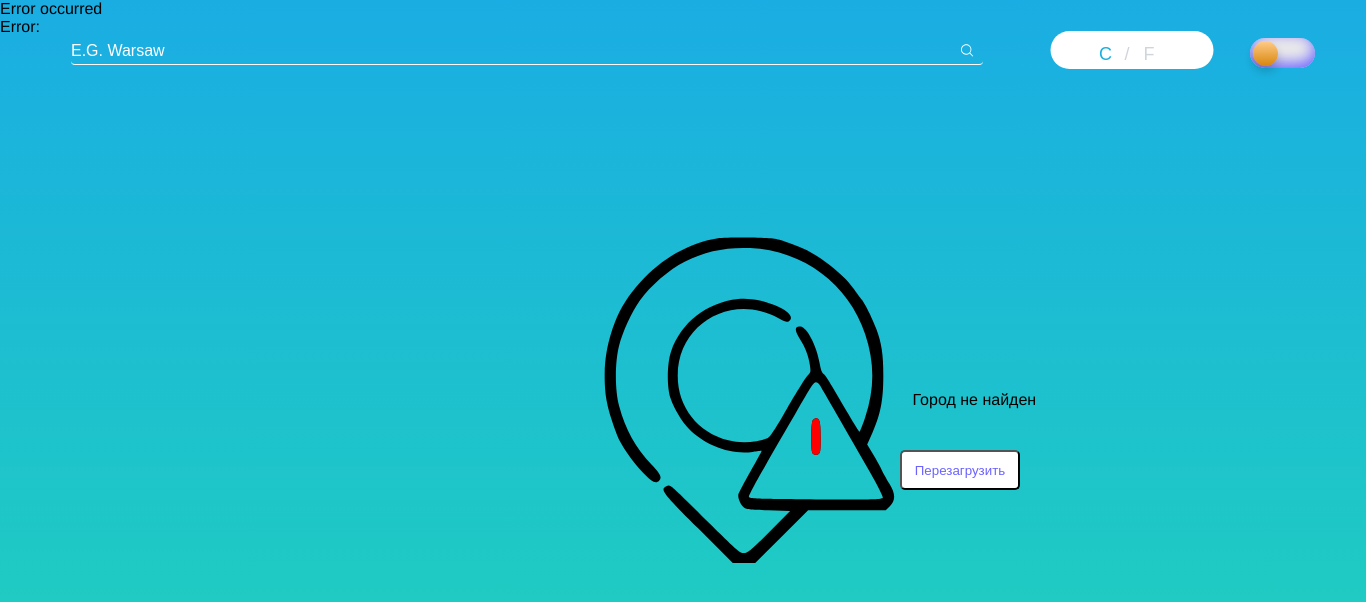
Repository: nikiforovki/WeatherApp
Page: /
An editor plug-in stored every save of this project. The page is shown before and after the next save, followed by the edit.
The browser window is 1280 px wide. The page is 1366 px wide, so the pictures cover 1366 px, including what lies to the right of the window. The pictures show the whole page.
The page's requests for data from a server got no answer. The project was rebuilt for these pictures with package versions that can differ from the ones it lists, and the page was loaded fresh each time. No one was signed in, and anything a server would have sent is missing. Also part of the build but not shown: webpack.config.ts, public/assets/images/FeatherSunrise.tsx.

Above is the page before, as saved 2024-06-30 04:48:04.

### public/index.html
<!DOCTYPE html>
<html lang="en">
<head>
    <meta charset="UTF-8" />
    <meta name="viewport" content="width=device-width, initial-scale=1.0" />
    <meta http-equiv="X-UA-Compatible" content="ie=edge" />
    <title>React App</title>
</head>
<body>
<div id="root"></div>
</body>
</html>

### src/index.tsx
import React from 'react';
import { createRoot } from 'react-dom/client';
import App from './App';
import { createGlobalStyle } from 'styled-components';
import { Provider } from 'react-redux';
import store from './Redux/store/store';

export const GlobalStyles = createGlobalStyle`
    *, *::after, *::before {
        margin: 0;
        padding: 0;
        box-sizing: border-box;
    }
`;

const container = document.getElementById('root');

if (!container) {
  throw new Error('Failed to find the root element');
}

const root = createRoot(container);

root.render(
  <React.StrictMode>
    <Provider store={store}>
      <GlobalStyles />
      <App />
    </Provider>
  </React.StrictMode>,
);

### src/App.tsx
import React, { useState, useEffect } from 'react';
import styled from 'styled-components';
import { WeatherSummary } from './components/WeatherSummary/WeatherSummary';
import { WeatherForecastDetails } from './components/WeatherForecastDetails/WeatherForecastDetails';
import GlobalStyles from '../GlobalStyles';
import 'react-loading-skeleton/dist/skeleton.css';
import WeatherSkeleton from './components/Selecton/WeatherSkeleton';
import { InputSearch } from './components/InputSearch/InputSearch';

const AppWrapper = styled.div`
  width: 1366px;
  height: 100vh;
  max-width: 1366px;
  background: ${({ theme }) =>
    `linear-gradient(180deg, var(--${theme === 'light' ? 'primary-color' : 'secondary-color'}) 0%, var(--${theme === 'light' ? 'secondary-color' : 'primary-color'}) 100%) 0% 0% no-repeat padding-box`};
  background-size: cover;
  display: flex;
  flex-direction: column;
  font-family: 'Helvetica Neue', sans-serif;
`;

const App = () => {
  const [apiError, setApiError] = useState(null);
  const [hasError, setHasError] = useState(false);
  const [isLoading, setIsLoading] = useState(true);
  const [theme, setTheme] = useState('light');

  const handleApiError = (error) => {
    setApiError(error.message);
    setIsLoading(false);
  };

  const fetchData = async () => {
    try {
      await new Promise((resolve) => setTimeout(resolve, 1000));
      setIsLoading(false);
    } catch (error) {
      handleApiError(error);
    }
  };

  const handleCityChange = (newCity: string) => {};

  useEffect(() => {
    console.log('isLoading changed:', isLoading);
  }, [isLoading]);

  useEffect(() => {
    const timer = setTimeout(() => {
      fetchData();
    }, 1000);

    return () => clearTimeout(timer);
  }, []);

  useEffect(() => {
    const savedTheme = localStorage.getItem('theme');
    if (savedTheme) {
      setTheme(savedTheme);
    }
  }, []);

  return (
    <>
      <GlobalStyles />
      <AppWrapper>
        <InputSearch onCityChange={handleCityChange} />
        <WeatherSummary />

        {isLoading ? <WeatherSkeleton count={1} /> : <WeatherForecastDetails />}
      </AppWrapper>
    </>
  );
};

export default App;

### src/Redux/store/store.ts
import { configureStore } from '@reduxjs/toolkit';
import createSagaMiddleware from 'redux-saga';
import rootReducer from '../slice/currentweatherSlice';
import rootSaga from '../sagas/index';

const sagaMiddleware = createSagaMiddleware();

const store = configureStore({
  reducer: rootReducer,
  middleware: (getDefaultMiddleware) =>
    getDefaultMiddleware({ thunk: false }).concat(sagaMiddleware),
});

sagaMiddleware.run(rootSaga);

export type RootState = ReturnType<typeof store.getState>;
export type AppDispatch = typeof store.dispatch;

export default store;

### src/components/WeatherSummary/WeatherSummary.tsx
import React from 'react';
import styled from 'styled-components';
import TodayWeatherContainer from '../TodayWeatherContainer/TodayWeatherContainer';
import HourlyWeatherForecast from '../HourlyWeatherForecast/HourlyWeatherForecast';
import ToggleTheme from '../ToggleTheme/ToggleTheme';

const WeatherSummaryConteiner = styled.div`
  display: flex;
  justify-content: space-between;
  align-items: center;
`;

export const WeatherSummary = () => {
  return (
    <WeatherSummaryConteiner>
      <ToggleTheme />
      <TodayWeatherContainer />
      <HourlyWeatherForecast />
    </WeatherSummaryConteiner>
  );
};

### GlobalStyles.tsx
import { createGlobalStyle } from 'styled-components';

const GlobalStyles = createGlobalStyle`
  @font-face {
    font-family: 'Helvetica Neue';
    src: url('/HelveticaNeue-Medium.ttf') format('truetype');
    font-weight: 500;
    font-style: normal;
  }



  [data-theme='dark'] {



    --primary-color: #1aade3;
    --secondary-color: #20d1bc;

    --weatherCardBackground: rgb(80, 80, 80);


    --weatherCardline: #ffffff99;

    --description-text-color: #ffffff99;
    --value-text-color: #ffffff99;


    //Блок с почасовым прогнозом


    --box-text-color: #FFFFFF99;
    --temperature-text-color: #FFFFFF99;

    //Блок Now
    --temperature-now-text-color: #FFFFFF99;
    --now-text-color: #FFFFFF99;

    //Input
    --input-text-color: #FFFFFF99;







   //  --primary-color: #1aade3;
   //  --secondary-color: #20d1bc;

   //Блок Today
   --temperature-today-text-color: #FFFFFF99;

   --dataToday-text-color: #FFFFFF99;

   --today-text-color: #FFFFFF99;

   --text-color-city: #FFFFFF99;


  }

  [data-theme='light'] {



   --primary-color: #20d1bc;
   --secondary-color: #1aade3;

   --weatherCardBackground: rgb(255, 255, 255);

   --weatherCardline: #FFFFFF;

   --description-text-color: #072A41;

   --value-text-color: #072A41;


   //Блок с почасовым прогнозом
   --box-text-color: #FFFFFF;
   --temperature-text-color: #FFFFFF;


   //Блок Today

   --temperature-today-text-color: #FFFFFF;
   --dataToday-text-color: #FFFFFF;
   --today-text-color: #FFFFFF;

   --text-color-city: #FFFFFF;


   //Блок Now
   --temperature-now-text-color: #FFFFFF;
   --now-text-color: #FFFFFF;



   // --primary-color: #20d1bc;
   // --secondary-color: #1aade3;

    //Input
    --input-text-color: #FFFFFF;
  }

 .App {
    display: flex;
    justify-content: center;
    align-items: center;
    height: 100vh;
    width: 100vw;
   //  background-color: linear-gradient(180deg, var(--primary-color) 0%, var(--secondary-color) 100%);
  }

  html,
  body {
    margin: 0;
    padding: 0;

  }
`;

export default GlobalStyles;

### src/components/Selecton/WeatherSkeleton.tsx
import React from 'react';
import Skeleton, { SkeletonTheme } from 'react-loading-skeleton';
import 'react-loading-skeleton/dist/skeleton.css';
import styled from 'styled-components';

const StyledSkeletonToday = styled.div`
  position: fixed;
  top: 150px;
  left: 110px;
`;

const StyledSkeletonWeather = styled.div`
  position: fixed;
  display: flex;
  flex-wrap: wrap;
  top: 613px;
  left: 71px;
  gap: 24px;
  max-width: 1280px;
  overflow: hidden;

  & > *:not(:last-child) {
    margin-right: 10px;
  }

  @media (max-width: 375px) {
    max-width: 300px;
    left: 30px;
    top: 500px;
  }

  @media (max-width: 1024px) {
    width: 660px;
    left: 70px;
    top: 900px;
  }
`;

const InputSkeletonContainer = styled.div`
  position: fixed;
  top: 30px;
  left: 71px;
  z-index: 90;
  display: flex;
  align-items: center;

  @media (max-width: 375px) {
    width: 100px;
  }

  @media (max-width: 1024px) {
    width: 200px;
  }
`;
const AdaptiveSkeleton = styled(Skeleton)`
  width: 100%;
  height: 38px;

  @media (max-width: 375px) {
    height: 38px;
  }

  @media (max-width: 1024px) {
    height: 38px;
  }
`;

const StyledBtn = styled.div`
  position: fixed;
  top: 30px;
  left: 1050px;
`;

const StyledToggleTheme = styled.div`
  position: fixed;
  top: 35px;
  left: 1250px;
`;

const WeatherSkeleton = () => {
  return (
    <SkeletonTheme baseColor='#FFFFFF' highlightColor='#1AADE3'>
      <div>
        <StyledSkeletonToday>
          <Skeleton height={300} width={250} borderRadius={20} />
        </StyledSkeletonToday>
        <StyledSkeletonWeather>
          <Skeleton height={146} width={288} />
          <Skeleton height={146} width={288} />
          <Skeleton height={146} width={288} />
          <Skeleton height={146} width={288} />
          <Skeleton height={146} width={288} />
          <Skeleton height={146} width={288} />
          <Skeleton height={146} width={288} />
          <Skeleton height={146} width={288} />
        </StyledSkeletonWeather>
        <InputSkeletonContainer>
          <Skeleton height={38} width={950} />
          <AdaptiveSkeleton />
        </InputSkeletonContainer>
        <StyledBtn>
          <Skeleton height={38} width={163} borderRadius={29} />
        </StyledBtn>
        <StyledToggleTheme>
          <Skeleton height={30} width={65} borderRadius={29} />
        </StyledToggleTheme>
      </div>
    </SkeletonTheme>
  );
};

export default WeatherSkeleton;

### src/components/ToggleTheme/ToggleTheme.tsx
import React, { useEffect, useState } from 'react';
import styled from 'styled-components';
import { THEME_LOCAL_STORAGE_KEY } from './constants';

enum Theme {
  LIGHT = 'light',
  DARK = 'dark',
}

const DarkModeContainer = styled.div`
  position: fixed;
  top: 38px;
  margin-left: 1250px;
`;

const DarkModeLabel = styled.label`
  width: 65px;
  height: 30px;
  top: 38px;
  position: fixed;
  display: block;
  background: #ebebeb;
  border-radius: 200px;
  box-shadow:
    inset 0px 5px 15px rgba(110, 108, 108, 0),
    inset 0px -5px 15px rgb(108, 99, 255);
  cursor: pointer;
  transition: background 0.6s ease-in-out;

  &:after {
    content: '';
    width: 25px;
    height: 25px;
    position: absolute;
    top: 3px;
    left: 3px;
    background: linear-gradient(180deg, #ffcc89, #d8860b);
    border-radius: 180px;
    box-shadow: 0px 5px 10px rgba(0, 0, 0, 0.2);
    transition:
      left 0.6s ease-in-out,
      background 0.6s ease-in-out;
  }

  &:active:after {
    width: 30px;
  }
  @media (max-width: 375px) {
    left: 500px;
  }

  @media (max-width: 1024px) {
    left: 650px;
  }
`;

const DarkModeInput = styled.input.attrs({ type: 'checkbox' })`
  width: 0;
  height: 0;
  visibility: hidden;

  &:checked + ${DarkModeLabel} {
    background: #242424;
  }

  &:checked + ${DarkModeLabel}:after {
    left: calc(100% - 28px);
    background: linear-gradient(180deg, #777, #3a3a3a);
  }
`;

const ToggleTheme: React.FC = () => {
  const [isDarkTheme, setIsDarkTheme] = useState(false);

  useEffect(() => {
    const savedTheme = localStorage.getItem('theme');
    if (savedTheme) {
      setIsDarkTheme(savedTheme === 'dark');
    } else {
      const prefersDark = window.matchMedia(
        '(prefers-color-scheme: dark)',
      ).matches;
      setIsDarkTheme(prefersDark);
    }
  }, []);

  useEffect(() => {
    const themeKey = isDarkTheme ? 'dark' : 'light';
    localStorage.setItem('theme', themeKey);
    document.documentElement.dataset.theme = themeKey;
    console.log(`Setting theme to: ${themeKey}`);
  }, [isDarkTheme]);

  useEffect(() => {
    const themeListener = (e: MediaQueryListEvent) => {
      const prefersDark = e.matches;
      console.log(
        `Current theme after system change: ${prefersDark ? 'dark' : 'light'}`,
      );
      setIsDarkTheme(prefersDark);
    };

    const mediaQuery = window.matchMedia('(prefers-color-scheme: dark)');
    mediaQuery.addEventListener('change', themeListener);

    return () => {
      mediaQuery.removeEventListener('change', themeListener);
    };
  }, []);

  const handleToggleTheme = () => {
    setIsDarkTheme(!isDarkTheme);
    console.log(`Toggled theme: ${isDarkTheme ? 'dark' : 'light'}`);
  };

  return (
    <DarkModeContainer>
      <DarkModeInput
        id='darkmode-toggle'
        type='checkbox'
        onChange={handleToggleTheme}
        checked={isDarkTheme}
      />
      <DarkModeLabel htmlFor='darkmode-toggle' />
    </DarkModeContainer>
  );
};

export default ToggleTheme;

### src/components/ToggleTemperatureScale/ToggleTemperatureScale.tsx
import React, { useState } from 'react';
import styled from 'styled-components';
import { useDispatch, useSelector } from 'react-redux';
import { toggleTemperatureScale } from '../../Redux/actions/actions';

interface State {
  temperatureScale?: string;
}

const ToggleContainer = styled.div`
  position: fixed;
  display: flex;
  align-items: center;
  justify-content: center;
  width: 163px;
  height: 38px;
  top: 50px;
  left: 1132px;
  transform: translate(-50%, -50%);
  background: #ffffff;
  border-radius: 29px;
  padding: 5px;
  cursor: pointer;
  @media (max-width: 375px) {
    left: 300px;
  }

  @media (max-width: 1024px) {
    left: 550px;
  }
`;

const TemperatureToggleButton = styled.button<{ isActive?: boolean }>`
  position: relative;
  font-size: 18px;
  width: 12px;
  height: 22px;
  border: none;
  border-radius: 29px;
  cursor: pointer;
  transition: color 0.3s ease;
  background: none;
  color: ${(props) => (props.isActive ? '#1AAFE0' : '#13264A33')};
  margin-right: 10px;
  top: 4px;
`;

export const TemperatureScaleToggle = () => {
  const dispatch = useDispatch();
  const temperatureScale = useSelector(
    (state: State) => state.temperatureScale,
  );
  const [isCelsius, setIsCelsius] = useState(temperatureScale === 'C');

  if (!temperatureScale) {
    return <p>Загрузка...</p>;
  }

  const handleClick = () => {
    const newScale = isCelsius ? 'F' : 'C';
    setIsCelsius(!isCelsius);
    const scaleNumber = newScale === 'C' ? 0 : 1;
    dispatch(toggleTemperatureScale(scaleNumber));
  };

  return (
    <ToggleContainer onClick={handleClick}>
      <TemperatureToggleButton isActive={isCelsius}>С</TemperatureToggleButton>
      <TemperatureToggleButton>/</TemperatureToggleButton>
      <TemperatureToggleButton isActive={!isCelsius}>F</TemperatureToggleButton>
    </ToggleContainer>
  );
};

### public/assets/images/IconSearch.tsx
import React from 'react';

const IconSearch = () => (
  <svg
    width='22'
    height='22'
    viewBox='0 0 38 38'
    fill='none'
    xmlns='http://www.w3.org/2000/svg'
  >
    <path
      d='M20.7773 20.184L15.9056 15.312H15.8531C17.3547 13.5415 18.1136 11.2588 17.9709 8.94156C17.8282 6.62433 16.7951 4.45202 15.0876 2.87905C13.3801 1.30608 11.1306 0.454303 8.80958 0.501892C6.48855 0.549481 4.27583 1.49275 2.63427 3.13439C0.992706 4.77602 0.0494786 6.98885 0.00189181 9.30999C-0.045695 11.6311 0.806045 13.8808 2.37894 15.5883C3.95184 17.2958 6.12404 18.329 8.44117 18.4717C10.7583 18.6144 13.0408 17.8555 14.8113 16.3539C14.8113 16.3539 14.8113 16.3914 14.8113 16.4063L19.6831 21.2783C19.7527 21.3485 19.8356 21.4043 19.927 21.4424C20.0183 21.4804 20.1163 21.5 20.2152 21.5C20.3141 21.5 20.4121 21.4804 20.5034 21.4424C20.5948 21.4043 20.6777 21.3485 20.7473 21.2783C20.8242 21.2103 20.8862 21.1272 20.9296 21.0342C20.9731 20.9412 20.9969 20.8402 20.9997 20.7376C21.0025 20.635 20.9842 20.533 20.946 20.4377C20.9077 20.3425 20.8503 20.2561 20.7773 20.184ZM9.00276 16.9685C7.5204 16.9685 6.07133 16.5289 4.83879 15.7053C3.60625 14.8817 2.64561 13.7111 2.07833 12.3415C1.51106 10.9719 1.36263 9.46488 1.65183 8.01094C1.94102 6.55699 2.65485 5.22146 3.70303 4.17322C4.75122 3.12499 6.08669 2.41113 7.54057 2.12192C8.99445 1.83272 10.5014 1.98115 11.871 2.54845C13.2405 3.11575 14.411 4.07644 15.2346 5.30904C16.0581 6.54163 16.4977 7.99077 16.4977 9.4732C16.4977 10.4575 16.3038 11.4322 15.9272 12.3415C15.5505 13.2509 14.9985 14.0772 14.3025 14.7732C13.6065 15.4692 12.7803 16.0213 11.871 16.3979C10.9616 16.7746 9.98701 16.9685 9.00276 16.9685Z'
      fill='#FFFFFF'
    />
  </svg>
);

export default IconSearch;

### src/Redux/actions/actions.ts
import { createAction } from '@reduxjs/toolkit';

export const fetchCurrentWeatherRequest = createAction<{ city: string }>(
  'FETCH_CURRENT_WEATHER_REQUEST',
);
export const fetchCurrentWeatherSuccess = createAction<any>(
  'FETCH_CURRENT_WEATHER_SUCCESS',
);
export const fetchCurrentWeatherFailure = createAction<{ message: string }>(
  'FETCH_CURRENT_WEATHER_FAILURE',
);

export const updateCity = createAction<string>('UPDATE_CITY');

export const updateCitiesList = createAction<string[]>('UPDATE_CITIES_LIST');

export const fetchCityListRequest = createAction('FETCH_CITY_LIST_REQUEST');
export const fetchCityListSuccess = createAction<any>(
  'FETCH_CITY_LIST_SUCCESS',
);
export const fetchCityListFailure = createAction<{ message: string }>(
  'FETCH_CITY_LIST_FAILURE',
);

export const putWeatherData = createAction<{
  currentTemp: number;
  windSpeed: number;
  weatherUnit?: 'metric' | 'imperial';
}>('PUT_WEATHER_DATA');

export const fetchWeatherDataByCityNameRequest = createAction<{
  cityName: string;
  weatherUnit: 'metric' | 'imperial';
}>('FETCH_WEATHER_DATA_BY_CITY_NAME_REQUEST');
export const fetchWeatherDataByCityNameSuccess = createAction<any>(
  'FETCH_WEATHER_DATA_BY_CITY_NAME_SUCCESS',
);
export const fetchWeatherDataByCityNameFailure = createAction<string>(
  'FETCH_CITY_DATA_BY_CITY_NAME_FAILURE',
);

export const workerGetWeatherDataBySearchRequest = createAction<{
  cityName: string;
  weatherUnit: 'metric' | 'imperial';
}>('WORKER_GET_WEATHER_DATA_BY_SEARCH_REQUEST');

export const toggleTemperatureScale = createAction<{ value: unknown }>(
  'TOGGLE_TEMPERATURE_SCALE',
);

### public/assets/images/IconError.tsx
import React from 'react';

const IconError = () => (
  <svg
    version='1.0'
    xmlns='http://www.w3.org/2000/svg'
    width='245.000000pt'
    height='245.000000pt'
    viewBox='0 0 245.000000 245.000000'
    preserveAspectRatio='xMidYMid meet'
  >
    <metadata>
      Created by potrace 1.16, written by Peter Selinger 2001-2019
    </metadata>
    <g
      transform='translate(0.000000,245.000000) scale(0.100000,-0.100000)'
      fill='#000000'
      stroke='none'
    >
      <path
        d='M990 2441 c-207 -30 -424 -152 -583 -330 -93 -104 -146 -188 -191
-303 -51 -133 -76 -259 -76 -393 0 -162 17 -244 94 -453 25 -67 117 -200 194
-280 68 -71 96 -84 120 -60 24 24 11 51 -57 122 -117 121 -196 263 -242 436
-33 121 -33 327 -1 454 27 106 94 254 156 340 79 111 218 231 336 291 153 78
311 110 492 102 397 -17 738 -272 862 -646 71 -214 71 -408 0 -622 -20 -60
-40 -109 -43 -109 -4 0 -40 57 -81 128 -155 266 -171 291 -188 304 -12 8 -22
36 -29 78 -23 134 -94 272 -145 278 -44 5 -46 -29 -5 -91 41 -63 65 -124 76
-197 8 -51 7 -56 -18 -80 -14 -14 -82 -123 -151 -242 -92 -161 -131 -220 -150
-227 -82 -33 -203 -40 -293 -16 -230 60 -379 250 -379 485 0 390 405 622 753
432 58 -31 69 -34 83 -22 78 64 -206 186 -384 165 -237 -27 -427 -176 -502
-393 -31 -89 -33 -268 -4 -352 25 -75 85 -176 137 -229 122 -126 320 -198 480
-173 35 5 65 9 66 8 2 -1 -36 -70 -83 -152 -46 -82 -87 -159 -91 -172 -6 -27
12 -74 39 -99 17 -15 44 -19 185 -23 l164 -5 -156 -157 c-125 -125 -163 -158
-184 -158 -42 0 -23 -17 -414 369 -140 138 -147 144 -171 133 -54 -24 -39 -44
237 -319 l263 -263 79 0 79 0 201 200 201 200 291 0 291 0 31 31 c44 43 43 95
-3 169 -19 30 -46 78 -59 105 -13 28 -43 81 -66 119 l-42 69 26 58 c74 165 95
267 95 459 0 160 -13 244 -53 351 -29 78 -91 202 -110 220 -7 8 -32 41 -55 75
-47 69 -116 135 -223 213 -92 67 -164 103 -282 142 -87 30 -101 31 -277 35
-102 1 -210 -1 -240 -5z m764 -1103 c14 -22 139 -239 373 -646 60 -104 102
-189 99 -197 -5 -13 -71 -15 -503 -13 -450 3 -498 5 -501 19 -2 9 54 115 124
235 69 121 169 293 222 384 129 224 140 240 157 240 8 0 21 -10 29 -22z'
        style={{ fill: 'black' }}
      />

      <path
        d='M1702 1078 c-8 -8 -12 -51 -12 -130 0 -100 2 -118 17 -127 11 -6 24
      -6 35 0 16 8 18 25 18 127 0 115 -7 142 -35 142 -6 0 -16 -5 -23 -12z'
      />
      <path
        d='M1702 1078 c-8 -8 -12 -51 -12 -130 0 -100 2 -118 17 -127 11 -6 24
-6 35 0 16 8 18 25 18 127 0 115 -7 142 -35 142 -6 0 -16 -5 -23 -12z'
        style={{ fill: 'red' }}
      />
    </g>
  </svg>
);

export default IconError;

Loaded but not shown: src/components/HourlyWeatherForecast/HourlyWeatherForecast.tsx (301 lines, source omitted); src/Redux/slice/currentweatherSlice.ts (270 lines, source omitted); src/components/WeatherForecastDetails/WeatherForecastDetails.tsx (251 lines, source omitted); src/components/TodayWeatherContainer/TodayWeatherContainer.tsx (266 lines, source omitted); src/components/InputSearch/InputSearch.tsx (249 lines, source omitted); src/Redux/sagas/index.ts (118 lines, source omitted)

After the next save:
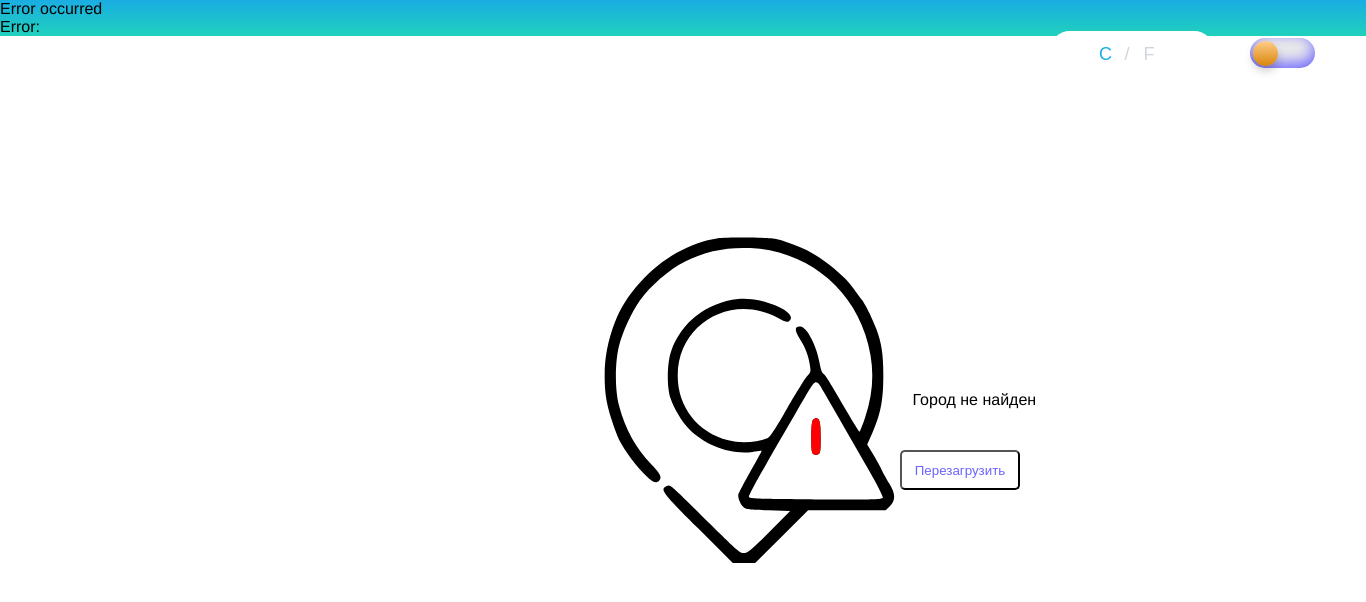
Saved 22 min 3 s later.
--- a/src/App.tsx
+++ b/src/App.tsx
@@ -9,7 +9,8 @@
 
 const AppWrapper = styled.div`
   width: 1366px;
-  height: 100vh;
+  height: auto;
+  // height: 100vh;
   max-width: 1366px;
   background: ${({ theme }) =>
     `linear-gradient(180deg, var(--${theme === 'light' ? 'primary-color' : 'secondary-color'}) 0%, var(--${theme === 'light' ? 'secondary-color' : 'primary-color'}) 100%) 0% 0% no-repeat padding-box`};

After the save that followed:
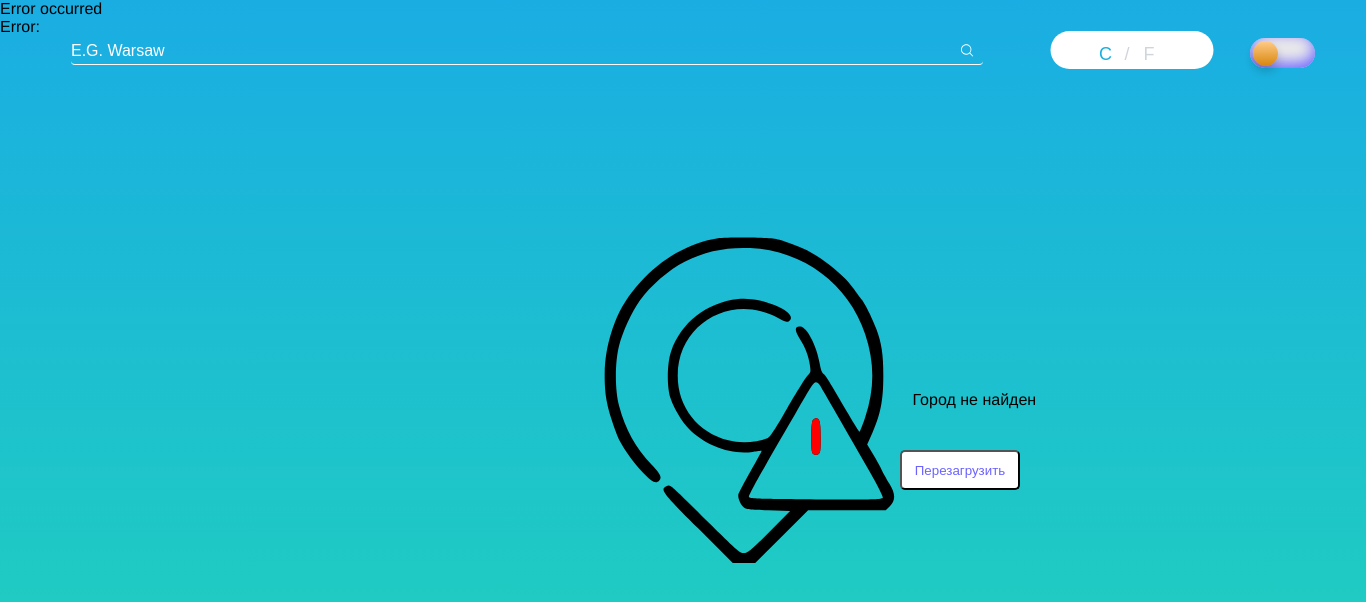
Saved 18 s later.
--- a/src/App.tsx
+++ b/src/App.tsx
@@ -9,8 +9,8 @@
 
 const AppWrapper = styled.div`
   width: 1366px;
-  height: auto;
-  // height: 100vh;
+
+  height: 100vh;
   max-width: 1366px;
   background: ${({ theme }) =>
     `linear-gradient(180deg, var(--${theme === 'light' ? 'primary-color' : 'secondary-color'}) 0%, var(--${theme === 'light' ? 'secondary-color' : 'primary-color'}) 100%) 0% 0% no-repeat padding-box`};
